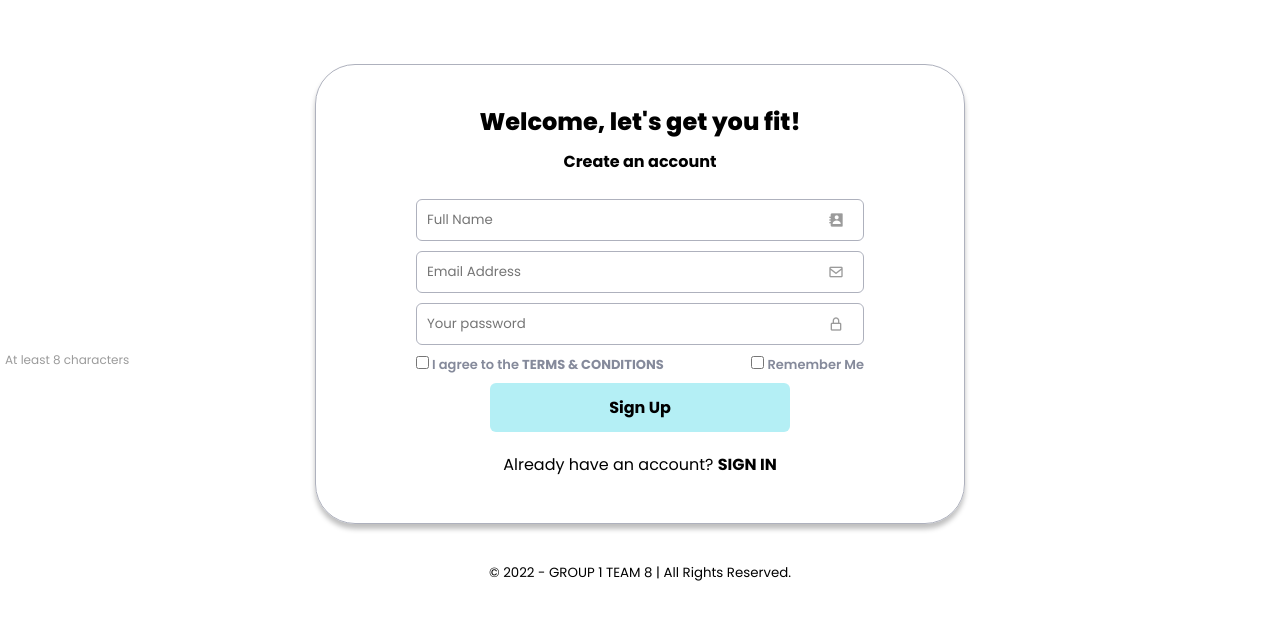
Repository: Rellzcodez/Group1-Team8
Page: pages/signup.html
These files come from the project's save history. The page is drawn as it stood at one moment and after a run of saves; the edit follows.
The browser window is 1280 px wide. The pictures show the whole page.

Above is the page before, as saved 2022-09-12 14:06:39.

After the next 2 saves:
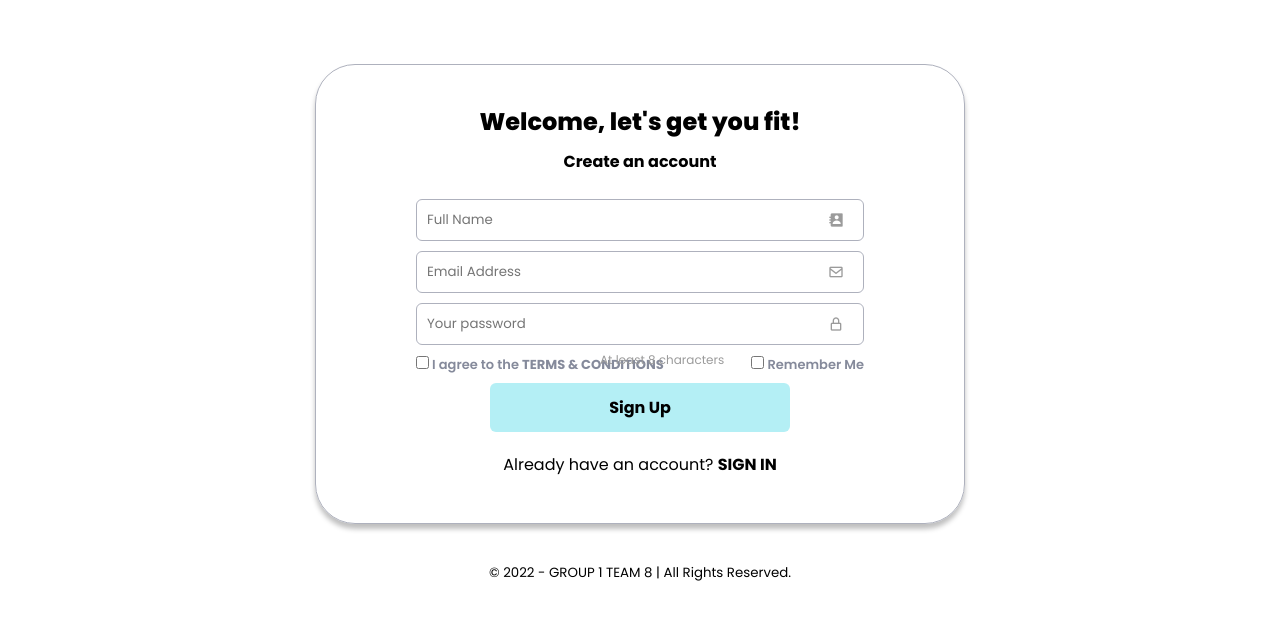
The 2 saves are shown as one change because they came seconds apart.
The last was saved 13 s later.
--- a/css/signup.css
+++ b/css/signup.css
@@ -126,7 +126,7 @@ span{
     position: absolute;
     top: 50%;
     transform: translateY(-50%);
-    left: 5px;
+    left: 600px;
     color: #9B9B9B;
     pointer-events: none;
 }
